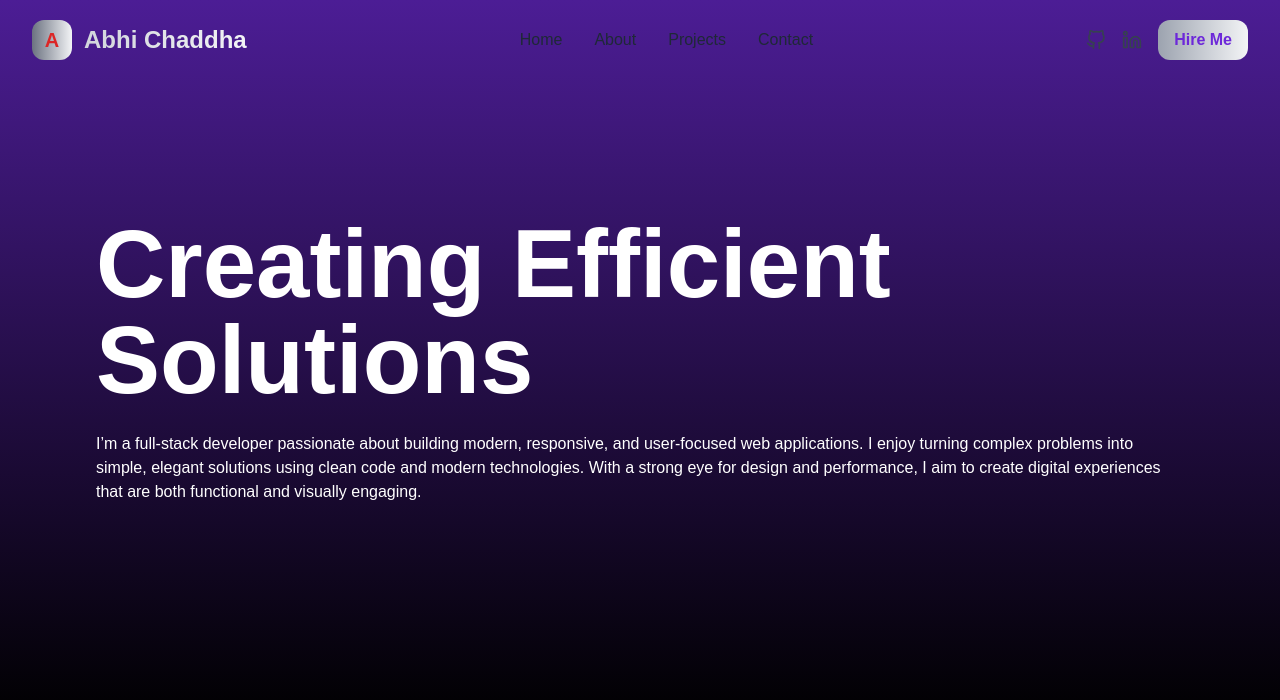
Repository: 532ab/portfolio-website
Page: /
An editor plug-in stored every save of this project. The page is shown before and after the next save, followed by the edit.
The browser window is 1280 px wide. The pictures show the whole page.
The project was rebuilt for these pictures with package versions that can differ from the ones it lists, and the page was loaded fresh each time. Also part of the build but not shown: vite.config.js.

Above is the page before, as saved 2026-01-25 19:14:15.

### src/index.css
@tailwind base;
@tailwind components;
@tailwind utilities;

body {
  overflow-x: hidden;
  font-family: Arial, Helvetica, sans-serif;
  margin: 0;
  padding: 0;
  width: 100%;
  position: relative;
  background-color: black;
  color: white;

}

### src/App.jsx
import Header from "./components/Header"
import HeroSection from "./components/HeroSection"

export default function App() {
  return (
    <>
      <Header />
      <HeroSection />
    </>
  )
}

### src/components/Header.jsx
import { motion, AnimatePresence } from "framer-motion";
import { a } from "framer-motion/client";
import { FiGithub,FiLinkedin, FiMenu, FiX } from "react-icons/fi";
import { useState } from "react";

const Header = () => {
    // Toggle the Menu open/close
    const[isOpen, setIsOpen] = useState(false);
    const toggleMenu = () => setIsOpen(!isOpen);

    // State to track if the contact form is open
    const [contactFormOpen, setContactFormOpen] = useState(false);
    const openContactForm = () => setContactFormOpen(true)
    const closeContactForm = () => setContactFormOpen(false)
  return (
    <header className="absolute w-full z-50 transition-all duration-300">
        <div className = "container mx-auto px-4 sm:px-6 lg:px-8 flex items-center justify-between h-16 md:h-20">
            {/* Logo/Name */}
            <motion.div
             initial = {{ opacity: 0, x: -100}}
             animate = {{ opacity: 1, x: 0}}
             transition = {{
                type: "spring",
                stiffness: 100,
                damping: 25,
                delay: 0.3,
                duration: 1.3,
            }}
            className = "flex items-center">
                <div className = "h-10 w-10 rounded-xl bg-gradient-to-r from-gray-500 to-gray-100 flex items-center justify-center text-red-600 font-bold text-xl mr-3">
                    A
                </div>

                <span className = "text-2xl font-bold bg-gradient-to-r from-gray-300 to-gray-100 bg-clip-text text-transparent">
                    Abhi Chaddha
                </span>

            </motion.div>

        {/* Desktop Navigation */}
        <nav className = "lg:flex hidden space-x-8">
            {["Home", "About", "Projects", "Contact"].map((item,
                index) => (
                    <motion.a
                    key = {item}
                    initial = {{ opacity: 0, y:-20}}
                    animate = {{ opacity: 1, y: 0}}
                    transition = {{
                        type: "spring",
                        stiffness: 100,
                        damping: 20,
                        delay: 1.4,
                    }}
                    className = "relative text-gray-800 dark:text-gray-200 hover:violet-600 dark:hover:text-violet-400 font-medium transition-colors duration-300 group"
                    href = "#">
                        {item}
                        <span className="absolute bottom-0 left-0 w-0 h-0.5 bg-violet-600 group-hover:w-full transition-all duration-300">

                        </span>
                    </motion.a>

                ))}
            </nav>
            {/* Social Icons - Desktop */}
            <div className = "md:flex hidden items-center space-x-4">
                    <motion.a
                    initial = {{opacity: 0, scale: 0.5}}
                    animate= {{opacity: 1, scale: 1}}
                    transition = {{delay: 1.3, duration: 0.8}}
                        className = "text-gray-700 dark:text-gray-300 hover:text-violet-600 dark:hover:text-violet-400 transition-colors" href = "#">
                        <FiGithub className = "w-5 h-5">

                        </FiGithub>
                    </motion.a>
                     <motion.a
                    initial = {{opacity: 0, scale: 0.5}}
                    animate= {{opacity: 1, scale: 1}}
                    transition = {{delay: 1.3, duration: 0.8}}
                        className = "text-gray-700 dark:text-gray-300 hover:text-blue-600 dark:hover:text-blue-400 transition-colors duration-300" href = "#">
                        <FiLinkedin className = "w-5 h-5">

                        </FiLinkedin>
                    </motion.a>
                    {/* Resume button */}
                <motion.button
                    onClick = {openContactForm}
                    intial = {{ opacity: 0, scale: 0.8}}
                    animate = {{opacity: 1, scale: 1}}
                    transition = {{ delay: 1.6, duration: 0.8, type: "spring", stiffness: 100, damping: 15,}}
                    className = "ml-4 px-4 py-2 rounded-xl bg-gradient-to-r from-gray-400 to-gray-100 text-violet-700 font-bold hover:from-violet-700 hover:to-purple-700 hover:text-white transition-all duration-500">
                        Hire Me
                </motion.button>
            </div>
            {/* Mobile Menu Button */}
            <div className = "md:hidden flex items-center">
                <motion.button
                whileTap = {{scale: 0.7}}
                onClick = {toggleMenu}
                className = "text-gray-300">
                    { isOpen ? <FiX className = "h-6 wi-6" /> : <FiMenu className = "h-6 w-6" />}
                </motion.button>

            </div>
        </div>
        {/* Mobile Menu */}
        <motion.div
        initial = {{opacity: 0, height: 0 }}
        animate = {{ opacity: isOpen ? 1 : 0,
            height: isOpen ? "auto" : 0, }}
            transition = {{duration: 0.5}}
             className = "md:hidden overflow-hidden bg-white dark:bg-gray-900 shadow-lg px-4 py-5 space-y-5">
            <nav className = "flex flex-col space-y-3">
                {["Home", "About", "Projects", "Contact" ].map((item) =>
                (
                    <a
                    onClick = {toggleMenu}
                    className = "text-gray-300 font-medium py-2"
                    key = {item} href ="#">
                        {item}
                    </a>
                ))}
            </nav>
            <div className = "pt-4 border-t border-gray-200 dakr:border-gray-700">
                <div className = "flex space-x-5">
                    <a href = "#">
                        <FiGithub className = "h-4 w-5 text-gray-300" />
                    </a>
                    <a href = "#">
                        <FiLinkedin className = "h-4 w-5 text-gray-300" />
                    </a>
                    <button
                    onClick = {() => {
                        toggleMenu()
                        openContactForm()
                     }} className = "mt-0 block w-full px-3 py-2 rounded-lg bg-gradient-to-r from-violet-600 to-violet-400 font-bold">
                        Contact Me
                    </button>
                    </div>

            </div>
        </motion.div>

        {/* Contact Form */}
    <AnimatePresence>
        {contactFormOpen && (
  <motion.div
    initial={{ opacity: 0 }}
    animate={{ opacity: 1 }}
    exit={{ opacity: 0 }}
    transition={{ duration: 0.5 }}
    className="fixed inset-0 bg-black/50 backdrop-blur-sm z-50 flex items-center justify-center p-4"
    onClick={closeContactForm}
  >
    {/* Modal Card */}
    <motion.div
    initial = {{scale: 0.8, opacity: 0, y: 30}}
    animate = {{scale: 1, opacity: 1, y: 0}}
    exit = {{scale: 0.8, opacity: 0, y: 30}}
    transition = {{
        type: "spring", damping: 30, stiffness: 200, duration: 0.8
    }}
      className="bg-white dark:bg-gray-800 rounded-xl shadow-xl w-full max-w-md p-6"
      onClick={(e) => e.stopPropagation()}
    >
      {/* Header */}
      <div className="flex items-center justify-between mb-4">
        <h1 className="text-2xl font-bold text-gray-900 dark:text-white">
          Get In Touch
        </h1>

        <button onClick={closeContactForm}>
          <FiX className="w-5 h-5 text-gray-400 hover:text-gray-200" />
        </button>
      </div>

      {/* Input Form */}
      <form className="space-y-4">
        <div>
          <label
            htmlFor="name"
            className="block text-sm font-medium text-gray-300 mb-1"
          >
            Name
          </label>

          <input
            type="text"
            id="name"
            placeholder="Your Name"
            className="w-full px-4 py-2 border border-gray-600 rounded-lg focus:ring-2 focus:ring-violet-500 focus:border-violet-500 bg-gray-700"
          />
        </div>

        <div>
          <label
            htmlFor="email"
            className="block text-sm font-medium text-gray-300 mb-1"
          >
            Email
          </label>

          <input
            type="email"
            id="email"
            placeholder="Your Email"
            className="w-full px-4 py-2 border border-gray-600 rounded-lg focus:ring-2 focus:ring-violet-500 focus:border-violet-500 bg-gray-700"
          />
        </div>

        <div>
          <label
            htmlFor="message"
            className="block text-sm font-medium text-gray-300 mb-1"
          >
            Message
          </label>
            <textarea
            rows = "4"
            id="message"
            placeholder="How can I help you?"
            className="w-full px-4 py-2 border border-gray-600 rounded-lg focus:ring-2 focus:ring-violet-500 focus:border-violet-500 bg-gray-700"
          />
        </div>
        <motion.button
        type = "submit"
        whileHover = {{scale: 1.03}}
        whileTap = {{scale: 0.97}}
        className = "w-full px-4 py-2 bg-gradient-to-r from-violet-600 to-violet-400 hover:from-violet-700 hover:to-purple-700 transition-all duration-300 rounded-lg shadow-md hover:shadow-lg hover:shadow-violet-600/50">
            Send Message
        </motion.button>
      </form>
    </motion.div>
  </motion.div>
)}
</AnimatePresence>

    </header>
  )
}

export default Header

### src/components/HeroSection.jsx
import React from 'react'
import { motion } from "framer-motion";

const HeroSection = () => {
  return (
    <section className = "h-screen bg-gradient-to-b from-violet-900 to-black flex xl:flex-row flex-col-reverse items-center justify-between lg:px-24 px-10 relative overflow-hidden">
        {/* Left Section */}
        <div>
            <motion.h1
            initial = {{ opacity: 0, y: 80}}
            animate = {{ opacity: 1, y: 0 }}
            transition = {{
                type: "spring",
                stiffness: 40,
                damping: 25,
                delay: 1.3,
                duration: 1.5,
            }}
            className = "text-5xl md:text-7xl lg:text-8xl font-bold z-10 mb-6">
                Creating Efficient <br /> Solutions
            </motion.h1>

            <p>
                I’m a full-stack developer passionate about building modern, responsive, and user-focused web applications.
                I enjoy turning complex problems into simple, elegant solutions using clean code and modern technologies.
                With a strong eye for design and performance, I aim to create digital experiences that are both functional and visually engaging.
            </p>
        </div>

    </section>
  )
}

export default HeroSection

Loaded but not shown: index.html (common file); src/main.jsx (common file); tailwind.config.js (common file)

After the next save:
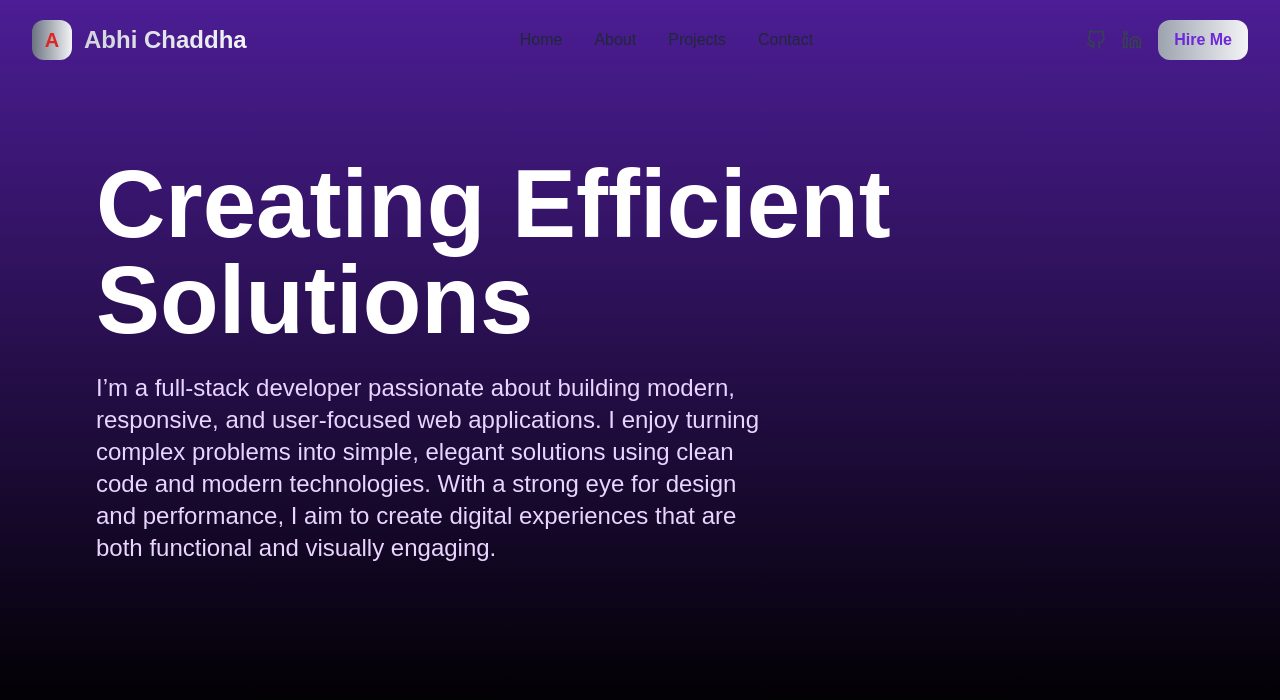
Saved 2 min 46 s later.
--- a/src/components/HeroSection.jsx
+++ b/src/components/HeroSection.jsx
@@ -20,7 +20,8 @@
                 Creating Efficient <br /> Solutions
             </motion.h1>
 
-            <p>
+            <p
+            className = "text-xl md:text-xl lg:text-2xl text-purple-200 max-w-2xl">
                 I’m a full-stack developer passionate about building modern, responsive, and user-focused web applications.
                 I enjoy turning complex problems into simple, elegant solutions using clean code and modern technologies.
                 With a strong eye for design and performance, I aim to create digital experiences that are both functional and visually engaging.
